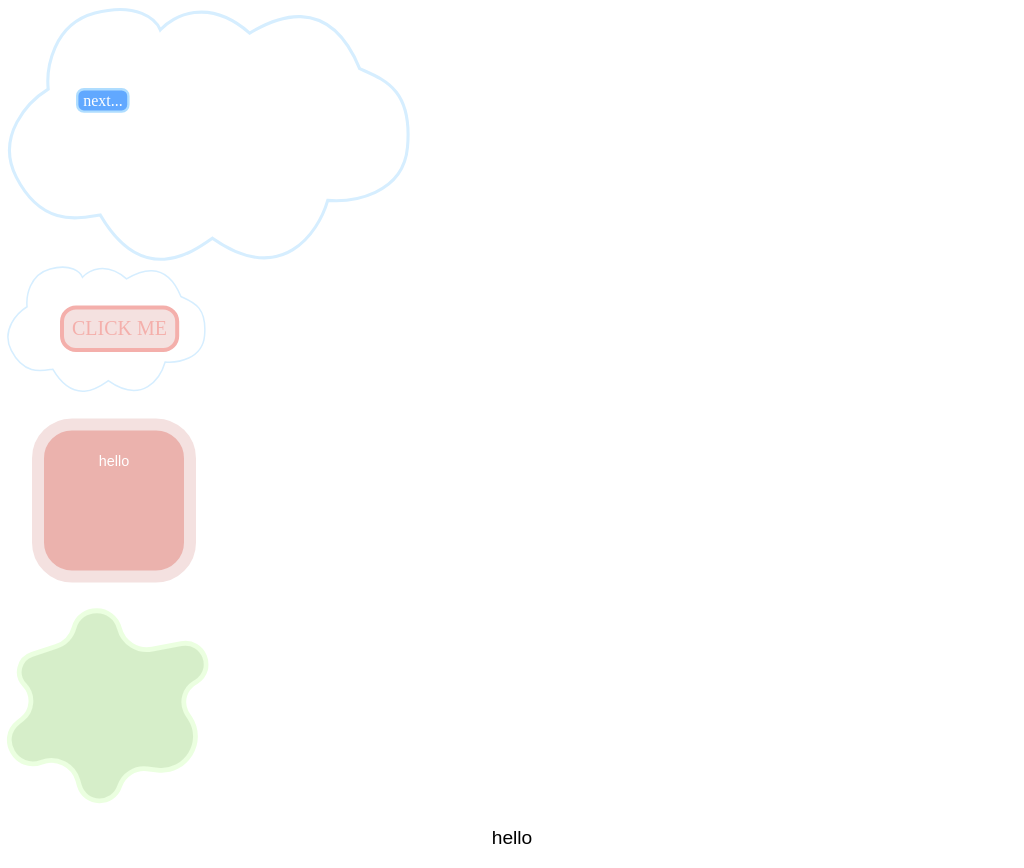
Repository: SoleilDagneau/MDIA2109Midterm
Page: index.html
The author's editor kept a copy of each file at every save. The page is drawn from the files as they stood at one save, then again after the next save.
The browser window is 1280 px wide. The pictures show the whole page, at 80% of full size.
Some web fonts or font styles are not loaded; a fallback is used.

Above is the page before, as saved 2022-03-01 19:52:44.

### index.html
<!DOCTYPE html>
<html lang="en">
<head>
    <meta charset="UTF-8">
    <meta http-equiv="X-UA-Compatible" content="IE=edge">
    <meta name="viewport" content="width=device-width, initial-scale=1.0">
    <title>Document</title>

    <link rel="preconnect" href="https://fonts.googleapis.com">
    <link rel="preconnect" href="https://fonts.gstatic.com" crossorigin>
    <link href="https://fonts.googleapis.com/css2?family=Passion+One:wght@400;700&display=swap" rel="stylesheet">

    <script src="utils/speechbubble.js"></script>
    <script src="utils/clickbubble.js"></script>
    <script src="utils/squarecard.js"></script>
    <script src="utils/blobcard.js"></script>

</head>
<body>

    <div id="">

    </div>

    <div id="overbreeding">
        <the-speechbubble
            button_text="next..."
        ></the-speechbubble>

        <the-clickbubble
            desc_text="CLICK ME"
        ></the-clickbubble>


        <the-squarecard
            info_text="hello"
        ></the-squarecard>

        <the-blobcard
            blob_text="hello"
        ></the-blobcard>
    </div>

    <div id="">

    </div>

    <div id="">

    </div>


</body>
</html>

### utils/speechbubble.js
//MUST HAVE - CREATE A TEMPLATE TAG
var template_speechbub = document.createElement("template"); //<template> </template> RULE

//To-do - CREATE THE UI HERE!
template_speechbub.innerHTML = `

<style>
    #next_button {
        background-color:#61A8FF;
        border:3px solid #AFDDFF;
        border-radius: 10px;
        font-family: 'passion one', cursive;
        color: white;
        font-size:20px;
        margin:65px;
        display:flex;
        position:absolute;
        top:45px;
        left: 30px;

    }
    #speech_bubble{
        width:40%;

    }

</style>
<div id="cloud">
    <img id="speech_bubble" src="imgs/cloud.svg" alt=""/>
        <button id="next_button">
            next...
         </button>
</div>

`;

//MUST HAVE - CREATE A CLASS WITH HTMLELEMENT POWERS (interfaces/functionalities)
class TheSpeechBubble extends HTMLElement {

    //MUST HAVE - CREATE A CONSTRUCTOR TO DO INITAL ASSOCIATIONS
    constructor(){
        super(); //pass on the HTMLElement super powers!
        this.attachShadow({mode:"open"}) //Attach it to the shadowRoot

        //To-do - CREATE THE STATES FOR THE UI HERE!
    }

    //MUST HAVE - FUNCTION THAT RUNS AFTER IT'S CONNECTED
    connectedCallback(){
        this.shadowRoot.appendChild(template_speechbub.content.cloneNode(true));
        this.shadowRoot.querySelector("#next_button").innerText = this.getAttribute("button_text"); //use the template to make a clone
    }

    //To-do - CREATE THE FUNCTIONALITIES HERE!
}

//MUST HAVE - define the tag for the custom elements
customElements.define("the-speechbubble", TheSpeechBubble)

### utils/clickbubble.js
//MUST HAVE - CREATE A TEMPLATE TAG
var template_clickbubble = document.createElement("template"); //<template> </template> RULE

//To-do - CREATE THE UI HERE!
template_clickbubble.innerHTML = `

<style>
    #desc_text {
        font-family:'passion one', cursive;
        color: #F4AFAB;
        font-size:25px;
        padding: 10px;
        background-color:#F4E1E0;
        border: 5px solid #F4AFAB;
        border-radius: 20px;
        position: absolute;
        display:flex;
        left:25px;
        margin:50px;
    }
    img{
        width: 250px;
    }
    #click_bubble{
        display:flex;
    }
</style>
<div id="click_bubble">
    <img src="imgs/cloud.svg" alt="cloud svg"/>
        <button id="desc_text">
            CLICK ME
        </button>
</div>

`;

//MUST HAVE - CREATE A CLASS WITH HTMLELEMENT POWERS (interfaces/functionalities)
class TheClickBubble extends HTMLElement {

    //MUST HAVE - CREATE A CONSTRUCTOR TO DO INITAL ASSOCIATIONS
    constructor(){
        super(); //pass on the HTMLElement super powers!
        this.attachShadow({mode:"open"}) //Attach it to the shadowRoot

        //To-do - CREATE THE STATES FOR THE UI HERE!
    }

    //MUST HAVE - FUNCTION THAT RUNS AFTER IT'S CONNECTED
    connectedCallback(){
        this.shadowRoot.appendChild(template_clickbubble.content.cloneNode(true));
        this.shadowRoot.querySelector("#desc_text").innerText = this.getAttribute("desc_text"); //use the template to make a clone
    }

    //To-do - CREATE THE FUNCTIONALITIES HERE!
}

//MUST HAVE - define the tag for the custom elements
customElements.define("the-clickbubble", TheClickBubble)

### utils/squarecard.js
//MUST HAVE - CREATE A TEMPLATE TAG
var template_scard = document.createElement("template"); //<template> </template> RULE

//To-do - CREATE THE UI HERE!
template_scard.innerHTML = `

<style>
    #info_card {
        background-color:#EBB2AD;
        width: 175px;
        height:175px;
        border: 15px solid #F4E1E0;
        border-radius: 50px;
        margin: 2rem;
    }
    #info_text {
        display:flex;
        justify-content:center;
        font-size:18px;
        font-family: 'nunito', sans-serif;
        color: white;
        padding: 10px;

    }
</style>
<div id="info_card">
    <p id="info_text">info text</p>
</div>
`;

//MUST HAVE - CREATE A CLASS WITH HTMLELEMENT POWERS (interfaces/functionalities)
class TheSquareCard extends HTMLElement {

    //MUST HAVE - CREATE A CONSTRUCTOR TO DO INITAL ASSOCIATIONS
    constructor(){
        super(); //pass on the HTMLElement super powers!
        this.attachShadow({mode:"open"}) //Attach it to the shadowRoot

        //To-do - CREATE THE STATES FOR THE UI HERE!
    }

    //MUST HAVE - FUNCTION THAT RUNS AFTER IT'S CONNECTED
    connectedCallback(){
        this.shadowRoot.appendChild(template_scard.content.cloneNode(true));
        this.shadowRoot.querySelector("#info_text").innerText = this.getAttribute("info_text"); //use the template to make a clone
    }

    //To-do - CREATE THE FUNCTIONALITIES HERE!
}

//MUST HAVE - define the tag for the custom elements
customElements.define("the-squarecard", TheSquareCard)

### utils/blobcard.js
//MUST HAVE - CREATE A TEMPLATE TAG
var template_bcard = document.createElement("template"); //<template> </template> RULE

//To-do - CREATE THE UI HERE!
template_bcard.innerHTML = `

<style>
    #blob_text {
        font-family:'nunito', sans-serif;
        font-size:24px;
        color:black;
        display:flex;
        justify-content:center;
    }
    #the_blobcard{
        width:20%;
    }
</style>
<img id="the_blobcard" src="imgs/blob.svg" alt=""/>
<p id="blob_text">
blob text
</p>

`;

//MUST HAVE - CREATE A CLASS WITH HTMLELEMENT POWERS (interfaces/functionalities)
class TheBlobCard extends HTMLElement {

    //MUST HAVE - CREATE A CONSTRUCTOR TO DO INITAL ASSOCIATIONS
    constructor(){
        super(); //pass on the HTMLElement super powers!
        this.attachShadow({mode:"open"}) //Attach it to the shadowRoot

        //To-do - CREATE THE STATES FOR THE UI HERE!
    }

    //MUST HAVE - FUNCTION THAT RUNS AFTER IT'S CONNECTED
    connectedCallback(){
        this.shadowRoot.appendChild(template_bcard.content.cloneNode(true));
        this.shadowRoot.querySelector("#blob_text").innerText = this.getAttribute("blob_text");
         //use the template to make a clone
    }

    //To-do - CREATE THE FUNCTIONALITIES HERE!
}

//MUST HAVE - define the tag for the custom elements
customElements.define("the-blobcard", TheBlobCard)

After the next save:
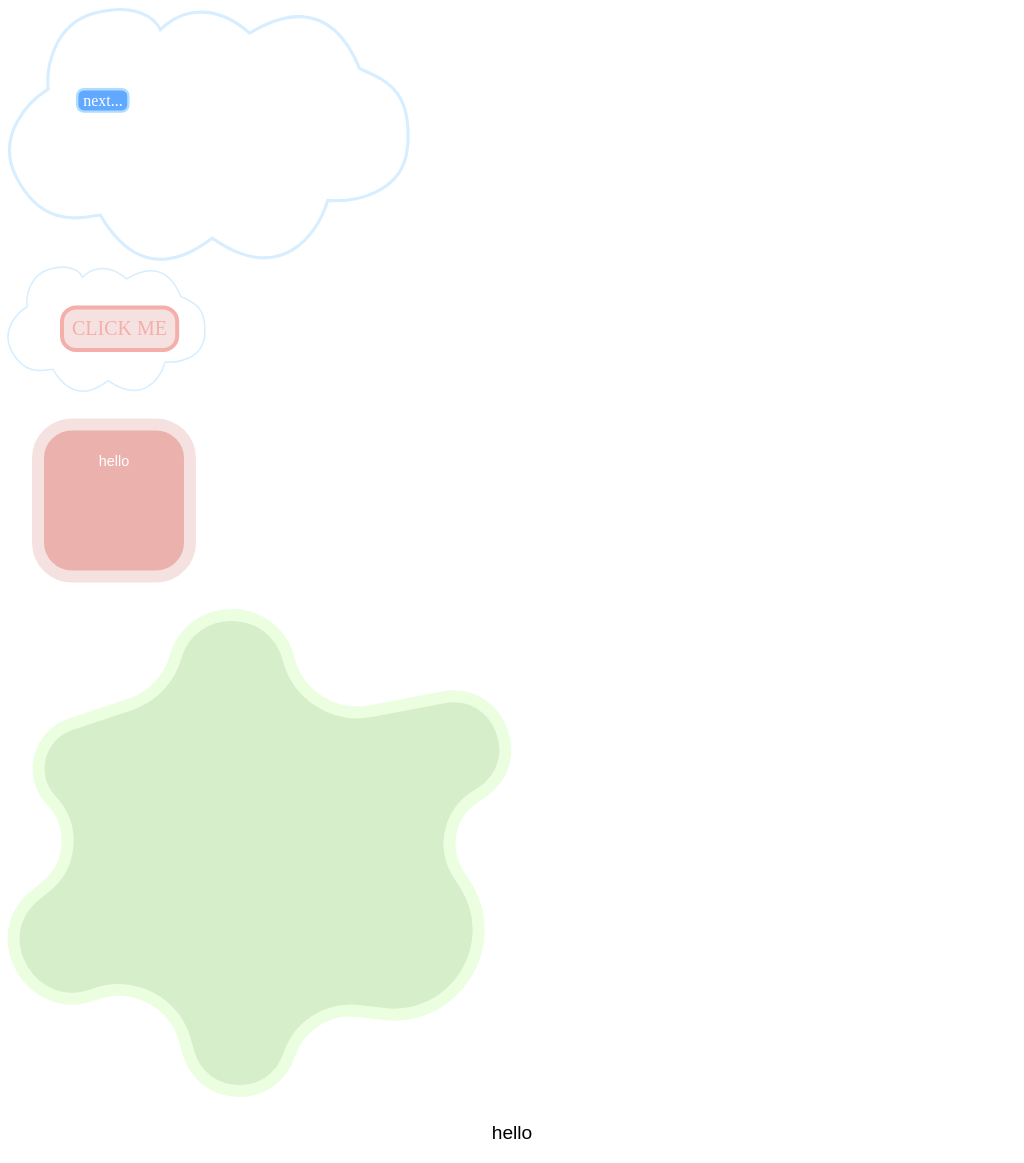
Saved 4 s later.
--- a/utils/blobcard.js
+++ b/utils/blobcard.js
@@ -13,7 +13,7 @@ template_bcard.innerHTML = `
         justify-content:center;
     }
     #the_blobcard{
-        width:20%;
+        width:50%;
     }
 </style>
 <img id="the_blobcard" src="imgs/blob.svg" alt=""/>
